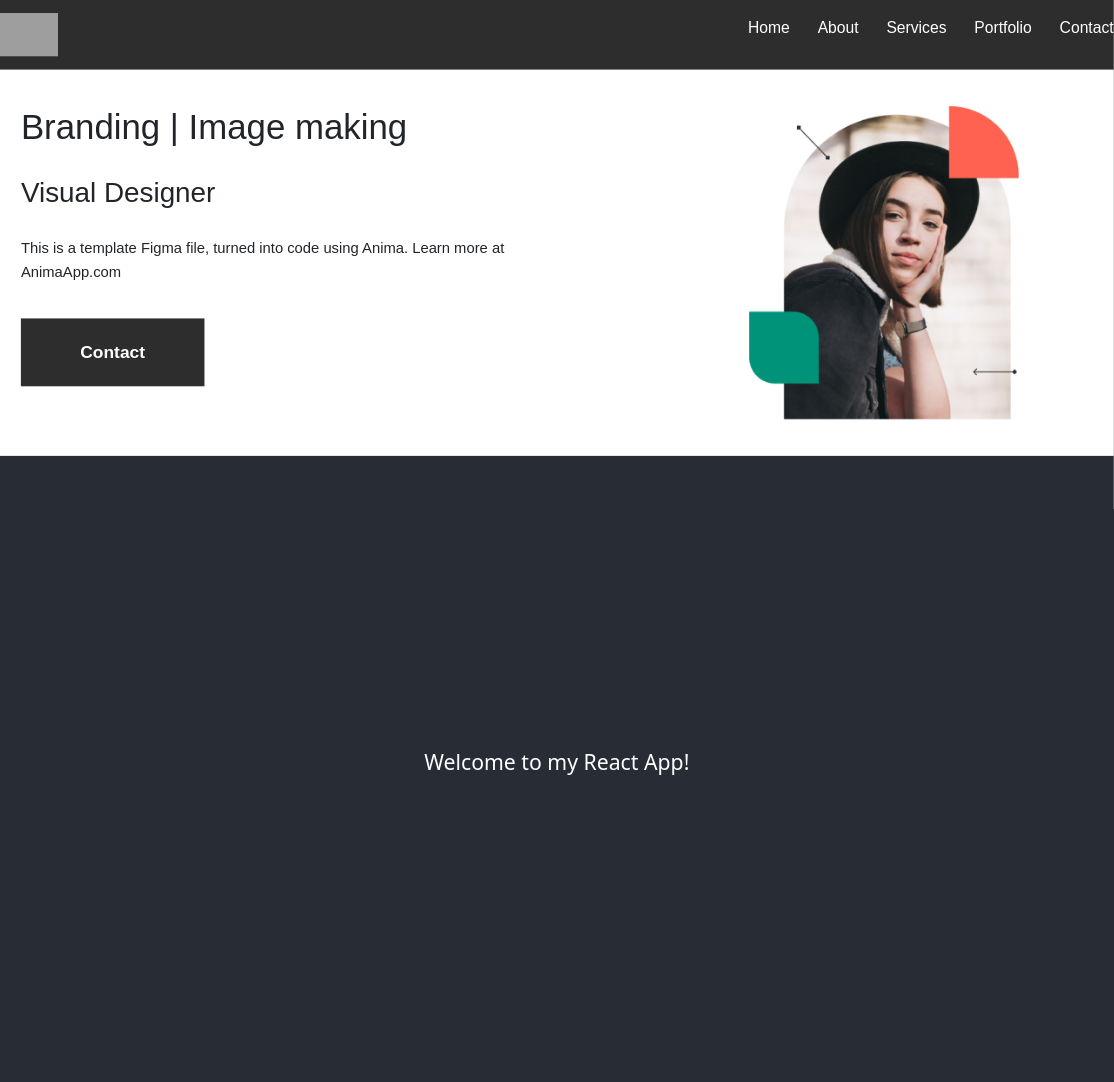
Repository: nida463/project-portofolio
Page: /
These files come from the project's save history. The page is drawn as it stood at one moment and after a run of saves; the edit follows.
The browser window is 1280 px wide. The pictures show the whole page, at 87% of full size.
Pictures or frames that could not be fetched are drawn as grey boxes. The project was rebuilt for these pictures with package versions that can differ from the ones it lists, and the page was loaded fresh each time.

Above is the page before, as saved 2024-09-17 20:19:33.

After the next 2 saves:
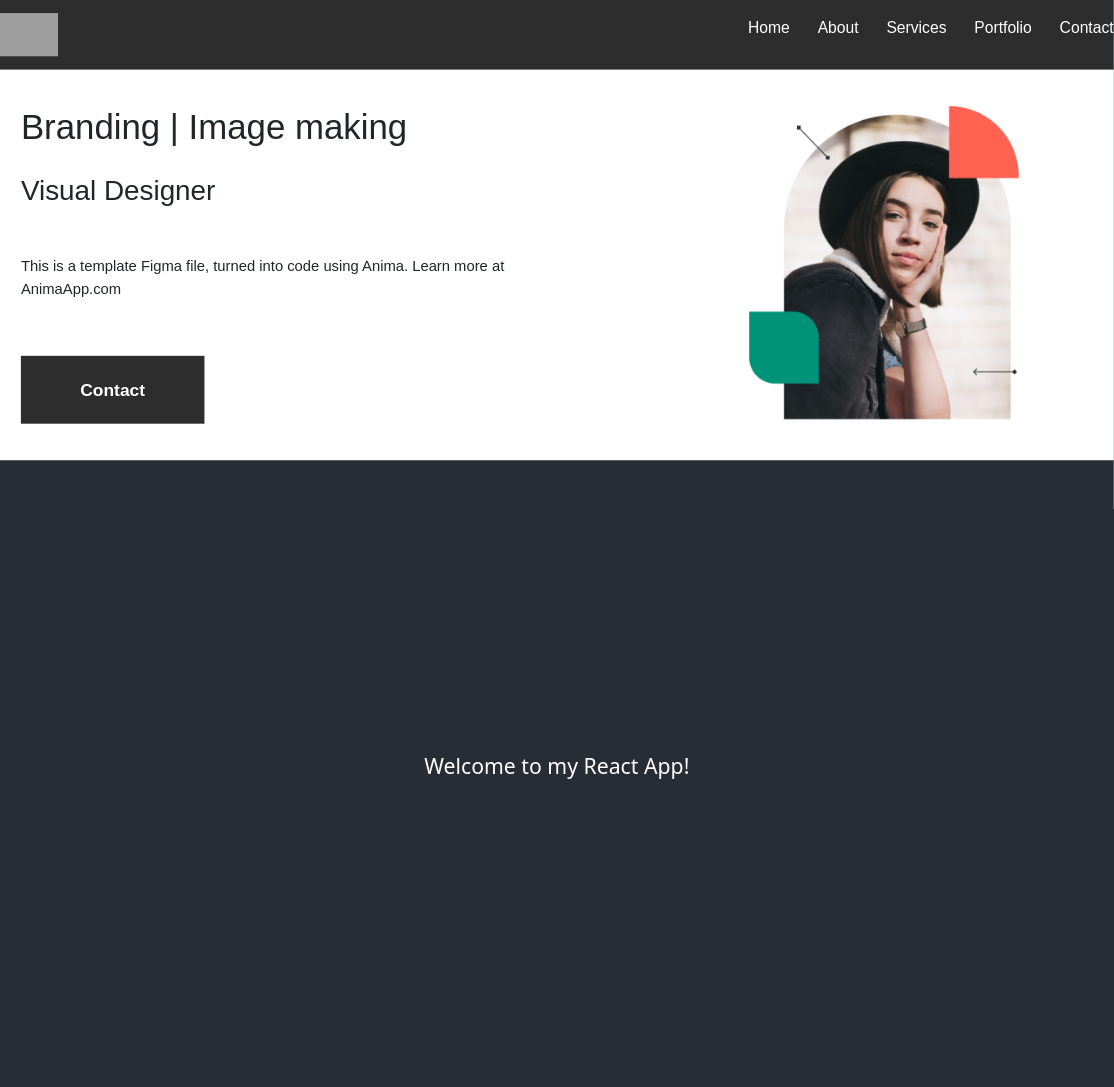
The 2 saves are shown as one change because they came seconds apart.
The last was saved 2 min 4 s later.
--- a/src/Components/Header.css
+++ b/src/Components/Header.css
@@ -5,7 +5,7 @@
     padding: 42px 24px;
     display: flex;
     justify-content: space-between; /* Content and image on both ends */
-    gap: 24px; /* Menyesuaikan jarak antar elemen */
+    gap: 68px;
     background-color: #FFFFFF;
     opacity: 1;
   }
@@ -16,13 +16,13 @@
     height: auto; /* Hug height */
     display: flex;
     flex-direction: column;
-    gap: 24px; /* Menyesuaikan jarak antar elemen */
+    gap: 48px;
   }
 
   /* Title and Subtitle styling */
   .title-subtitle {
     width: 620px;
-    height: auto; /* Menyesuaikan tinggi secara otomatis */
+    height: 30px;
     font-family: Epilogue, sans-serif;
     font-size: 20px;
     font-weight: 600;
@@ -35,7 +35,7 @@
     font-family: Epilogue, sans-serif;
     font-size: 68px;
     font-weight: 600;
-    line-height: 70px; /* Menyesuaikan dengan spesifikasi */
+    line-height: 69.7px;
     text-align: left;
   }
 
@@ -44,7 +44,6 @@
     font-family: Epilogue, sans-serif;
     font-size: 17px;
     font-weight: 400;
-    line-height: 27px; /* Menyesuaikan dengan spesifikasi */
     text-align: left;
   }
 
@@ -64,7 +63,8 @@
   }
 
   .header-button:hover {
-    background-color: #444444;
+    background-color:
+      #444444;
   }
 
   /* Header image styling */
